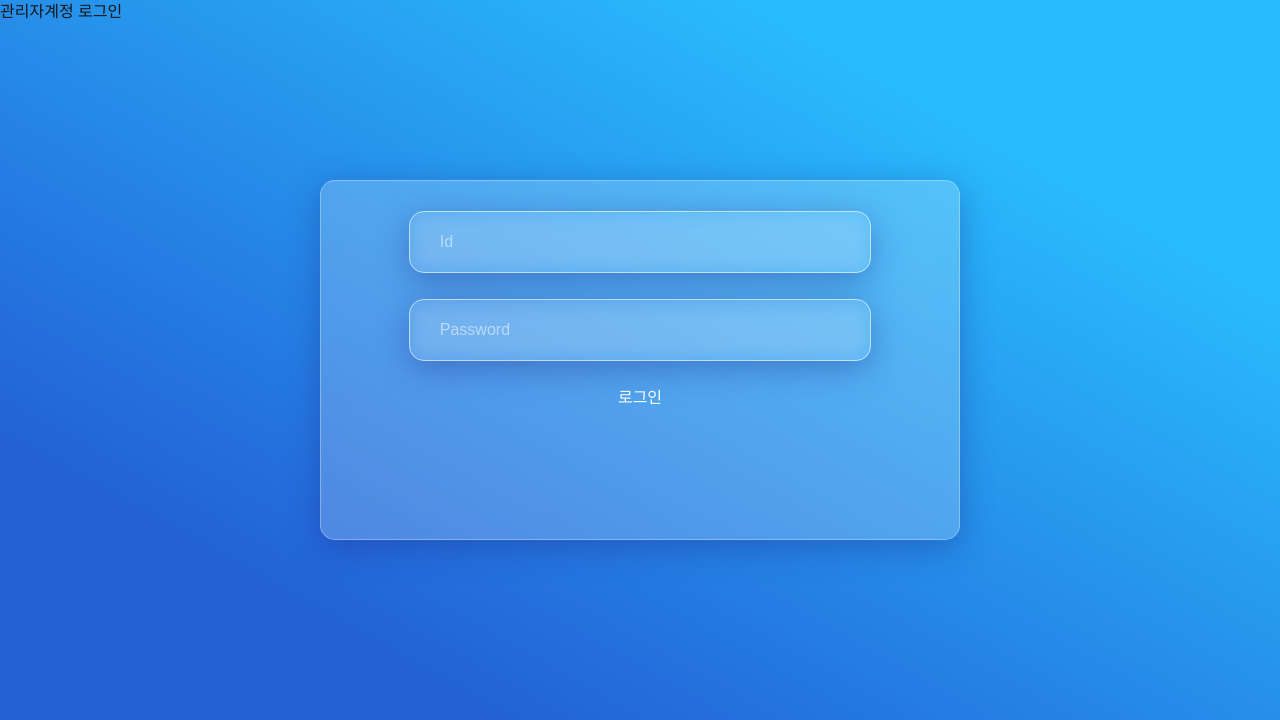
Repository: LEEYONGJUN3068/cms
Page: /login
The author's editor kept a copy of each file at every save. The page is drawn from the files as they stood at one save, then again after the next save.
The browser window is 1280 px wide. The pictures show the whole page.
The page's requests for data from a server got no answer. The project was rebuilt for these pictures with package versions that can differ from the ones it lists, and the page was loaded fresh each time. The framework's server and built-in components were replaced by stand-ins that run in the browser. No one was signed in, and anything a server would have sent is missing. Also part of the build but not shown: next.config.mjs.

Above is the page before, as saved 2025-09-23 13:45:40.

After the next save:
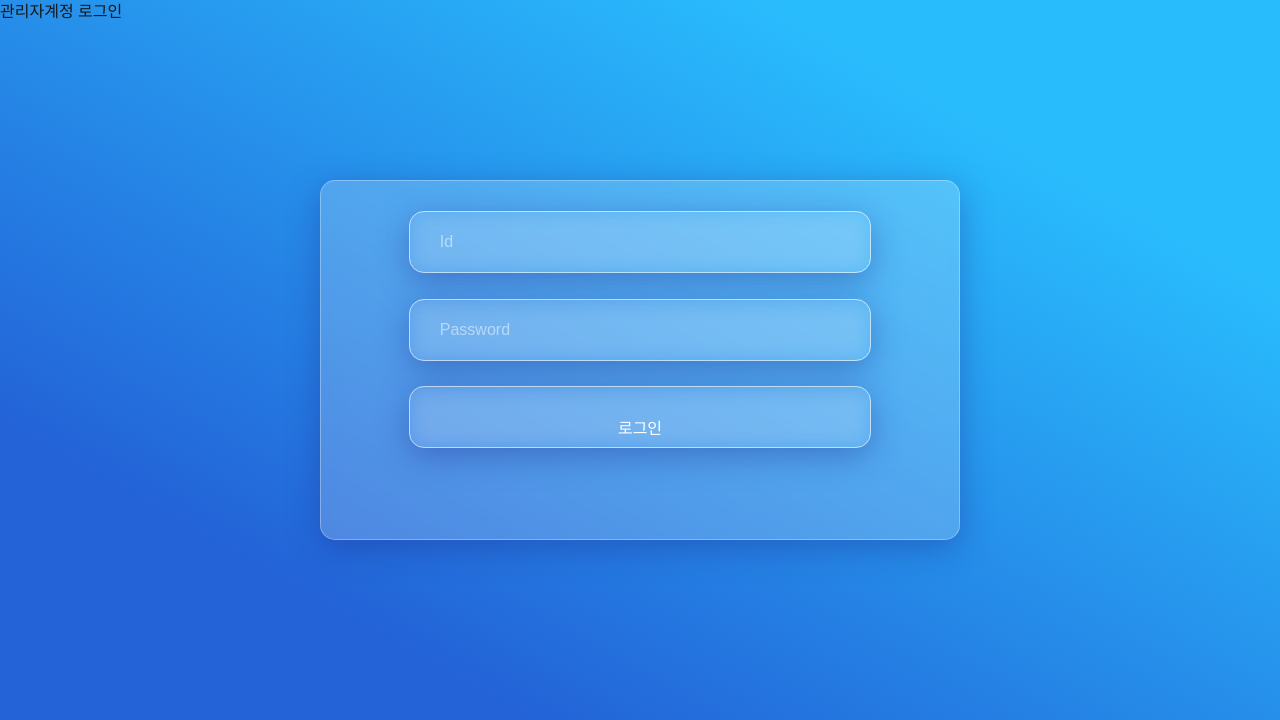
Saved 35 s later.
--- a/src/app/login/login.module.scss
+++ b/src/app/login/login.module.scss
@@ -38,5 +38,18 @@
             justify-content: center;
             align-items: center;
         }
+
+        .loginBtn{
+            width: 80%;
+            height: 5vh;
+            backdrop-filter: blur(10px);
+            -webkit-backdrop-filter: blur(10px); /* Safari 브라우저 지원 */
+            border: 1px solid rgba(255, 255, 255, 0.6);
+            box-shadow: 0 8px 32px 0 rgba(31, 38, 135, 0.37);
+            border-radius: 15px;
+            padding: 30px;
+            color: white;
+            margin-bottom: 2vw;
+        }
     }
 }
